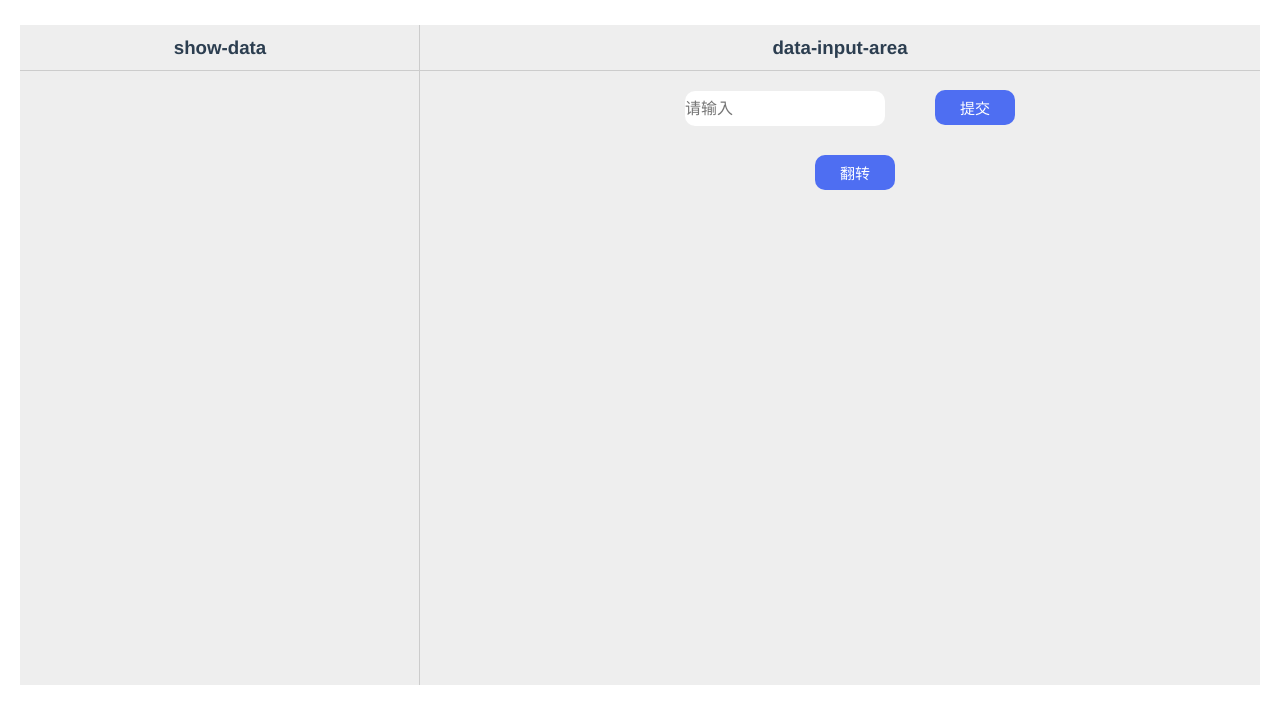
Repository: z-xy-git/demofirst
Page: /home/reverseShowData
The author's editor kept a copy of each file at every save. The page is drawn from the files as they stood at one save, then again after the next save.
The browser window is 1280 px wide. The pictures show the whole page.
The project was rebuilt for these pictures with package versions that can differ from the ones it lists, and the page was loaded fresh each time.

Above is the page before, as saved 2021-03-01 15:35:04.

After the next save:
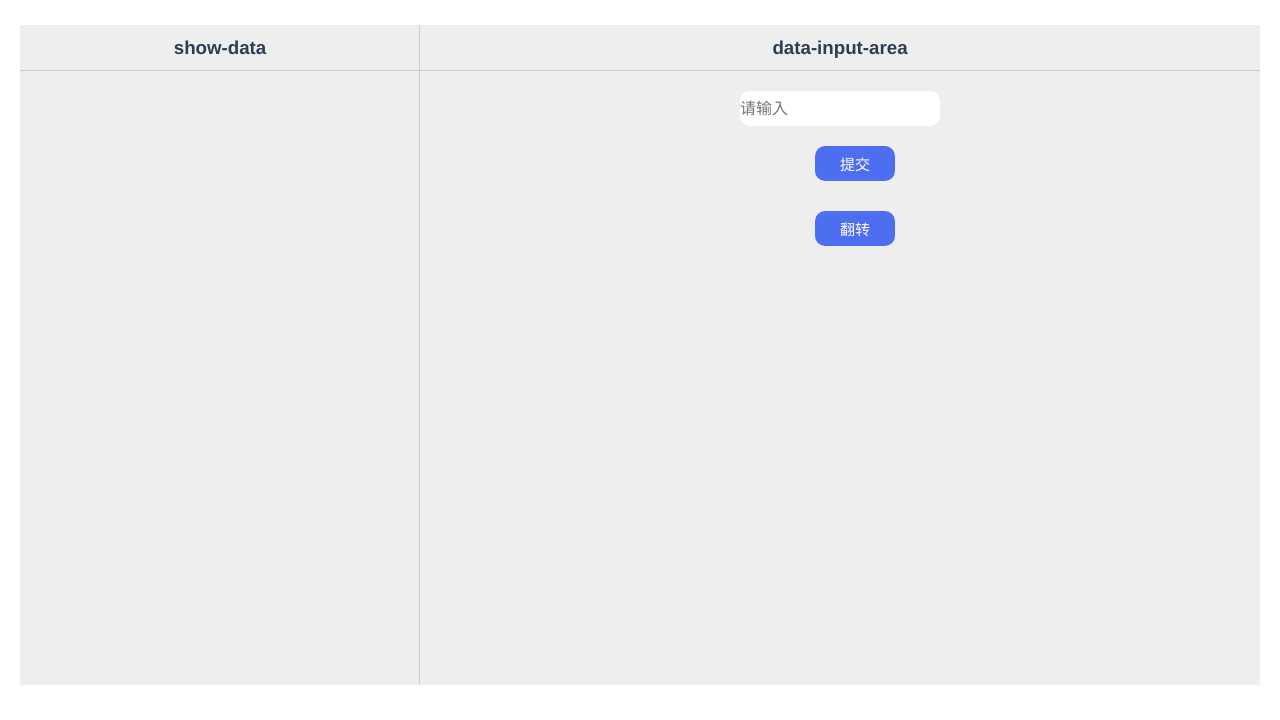
Saved 3 min 51 s later.
--- a/src/views/Home.vue
+++ b/src/views/Home.vue
@@ -11,7 +11,7 @@
           placeholder="请输入"
           class="input-style"
           onmouseover="this.select()">
-        <button @click="btnclick" class="btn-style">提交</button>
+        <div><button @click="btnclick" class="btn-style">提交</button> </div>
       </div>
       <div class="right-reverse-btn">
         <button @click="reverseItemData" class="btn-style">翻转</button>
